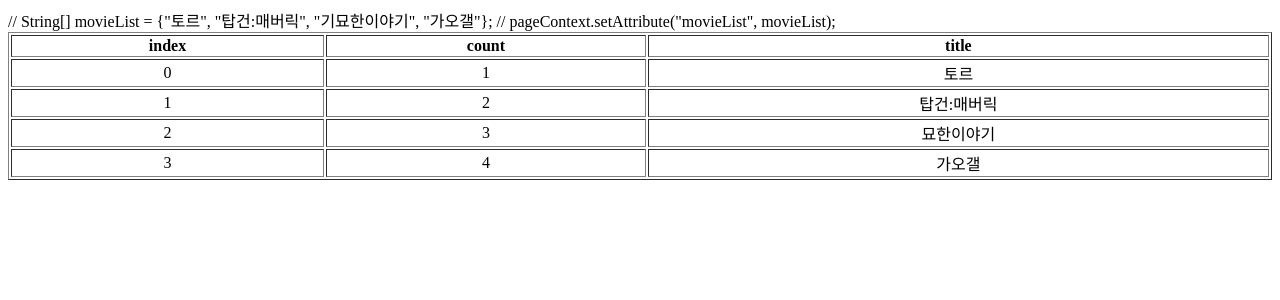
Repository: uhhuhhmm/JSP-Servlet-Class
Page: http://localhost/web03/movieList362.jsp
These files come from the project's save history. The page is drawn as it stood at one moment and after the next save; the edit follows.
The browser window is 1280 px wide. The pictures show the whole page.
The page is served by Tomcat 9.

Above is the page before, as saved 2022-07-15 08:39:09.

After the next save:
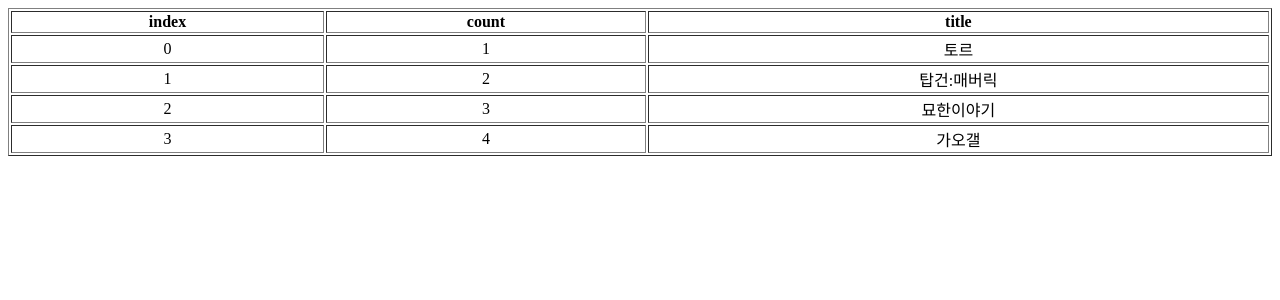
Saved 41 s later.
--- a/web03/WebContent/movieList362.jsp
+++ b/web03/WebContent/movieList362.jsp
@@ -8,10 +8,7 @@
 <title>Insert title here</title>
 </head>
 <body>
-<%-- 	<% --%>
-// 	String[] movieList = {"토르", "탑건:매버릭", "기묘한이야기", "가오갤"};
-// 	pageContext.setAttribute("movieList", movieList);
-<%-- 	%> --%>
+
 	<c:set var="movieList" value="토르, 탑건:매버릭, 묘한이야기, 가오갤"></c:set>
 	<table border="1" style="width:100%; text-align: center;">
 	<tr>
